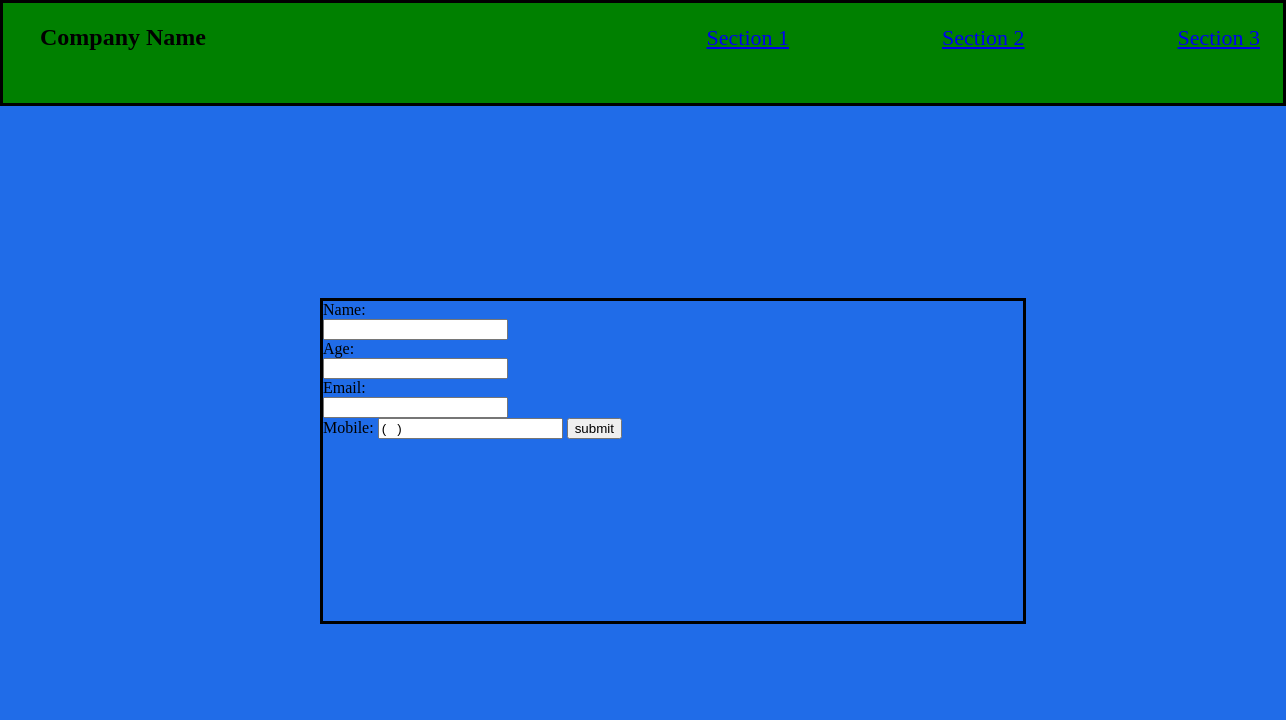
Repository: helloneibor/Project2
Page: section3.html
The author's editor kept a record of every edit. The page is drawn from the files as they stood at one moment, then again after the next edit.
The browser window is 1280 px wide. The page is 1286 px wide, so the pictures cover 1286 px, including what lies to the right of the window. The pictures show the whole page.

Above is the page before.

After the next edit:
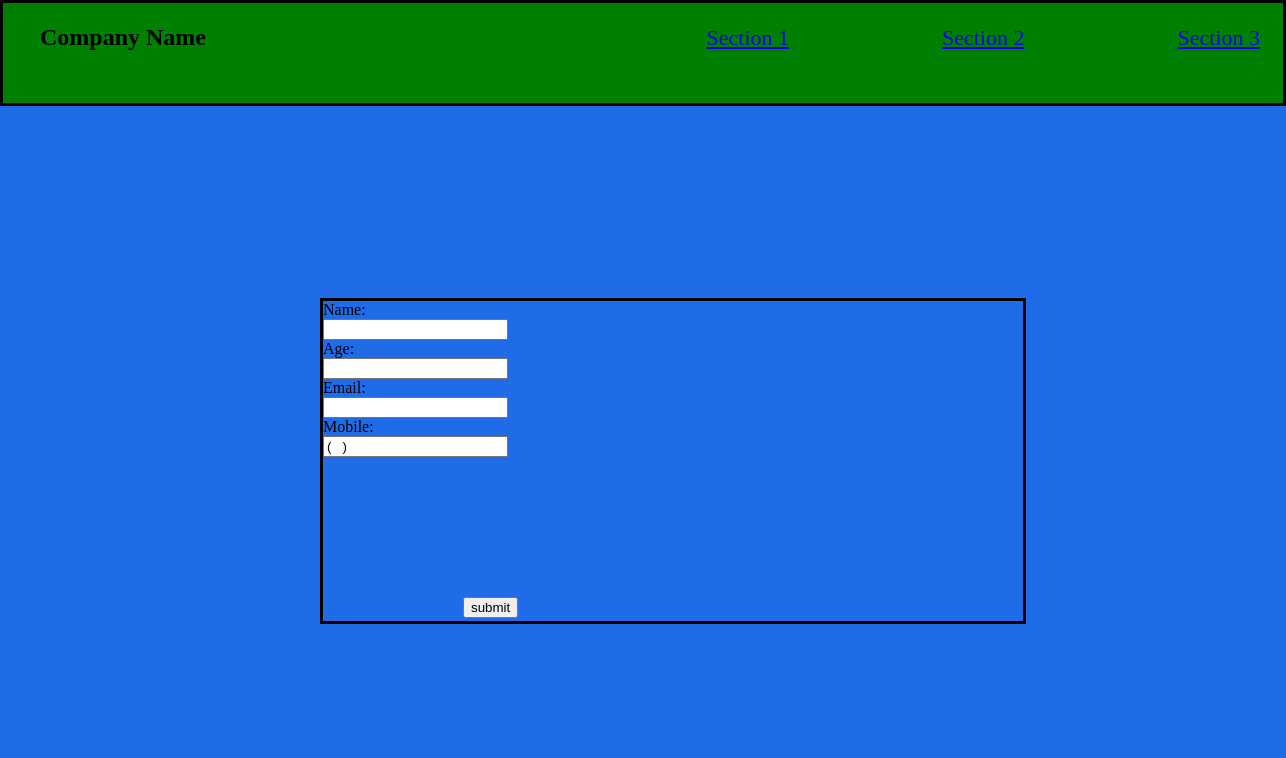
The edit:
--- a/section3.html
+++ b/section3.html
@@ -26,8 +26,8 @@
                 <label for="Email">Email:</label>
                 <input class="form_one" type="text" name="Email"/>
                 <label for="Mobile">Mobile:</label>
-                <input type="text" name="Mobile" value="(   )"/>
-                    <input type="submit" value="submit"/>
+                <input class="form_one" type="text" name="Mobile" value="(   )"/>
+                    <input id="submit_one" type="submit" value="submit"/>
                 </form>
     </body>
         </html>
